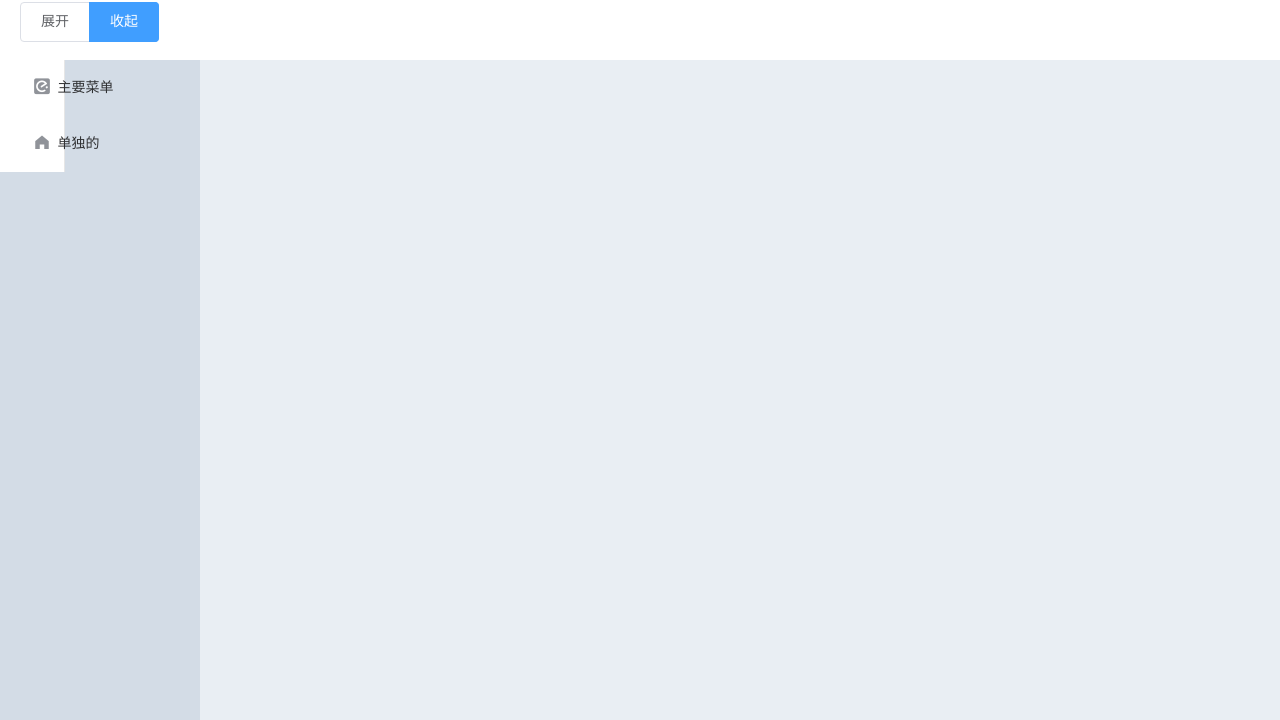
Repository: 960519152/elementui-demo-byf
Page: /
These files come from the project's save history. The page is drawn as it stood at one moment and after the next save; the edit follows.
The browser window is 1280 px wide. The pictures show the whole page.
The project was rebuilt for these pictures with package versions that can differ from the ones it lists, and the page was loaded fresh each time. Also part of the build but not shown: src/components/HelloWorld.vue, src/components/Tx.vue, src/components/Tes.vue.

Above is the page before, as saved 2019-05-14 10:17:33.

After the next save:
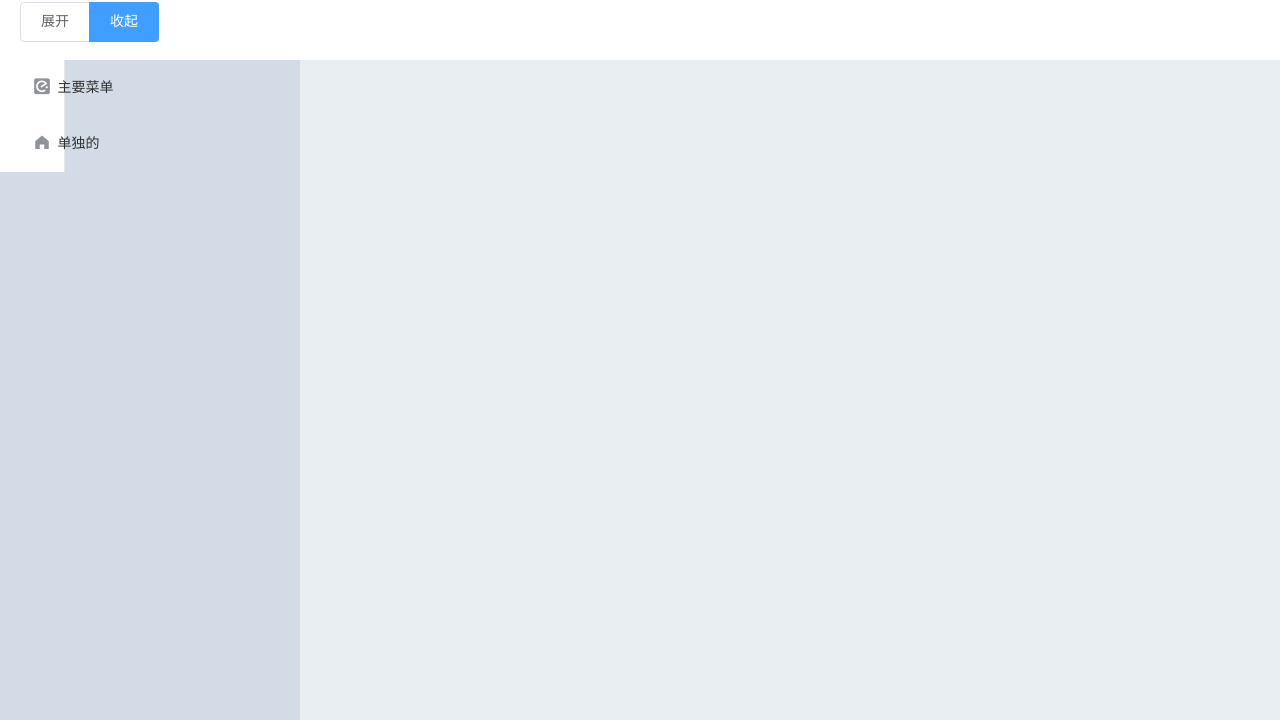
Saved 32 s later.
--- a/src/components/Home.vue
+++ b/src/components/Home.vue
@@ -99,10 +99,10 @@
   text-align: left !important;
 }
 
-.left-aside {
-  width: 200px !important;
-  overflow-x: hidden;
-}
+// .left-aside {
+//   width: 200px !important;
+//   overflow-x: hidden;
+// }
 
 .el-header,
 .el-footer {
